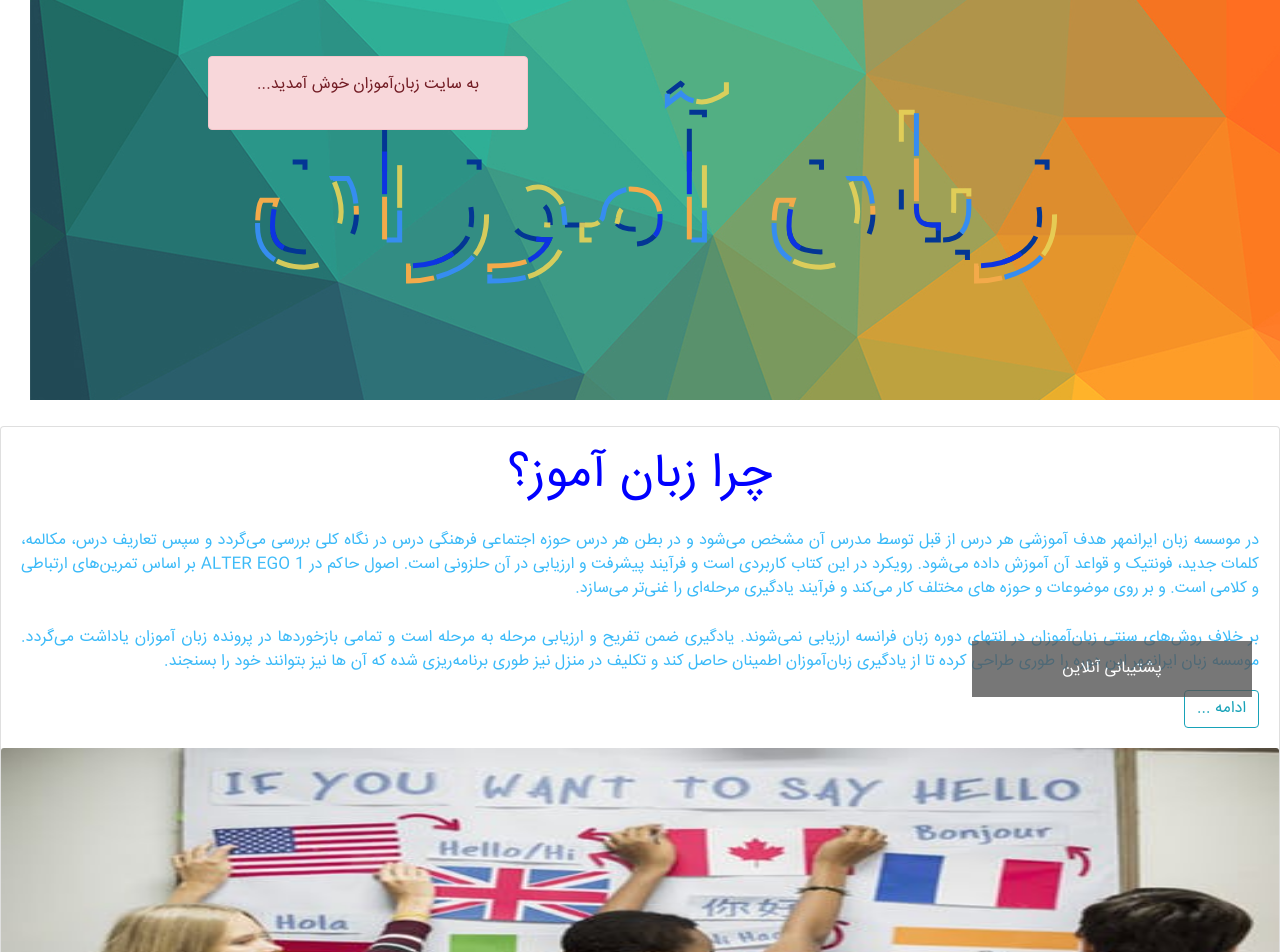
Repository: nikmahla/ZabanAmozan
Page: LanguageWebSite.html
An editor plug-in stored every save of this project. The page is shown before and after a run of saves, followed by the edit.
The browser window is 1280 px wide. The pictures show the part of the page from y = 0 to 952 px (the page is 3961 px tall).
A picture or video elsewhere on the page could not be fetched, so the positions and the page height are approximate.

Above is the page before, as saved 2019-10-11 22:00:17.

After the next 2 saves:
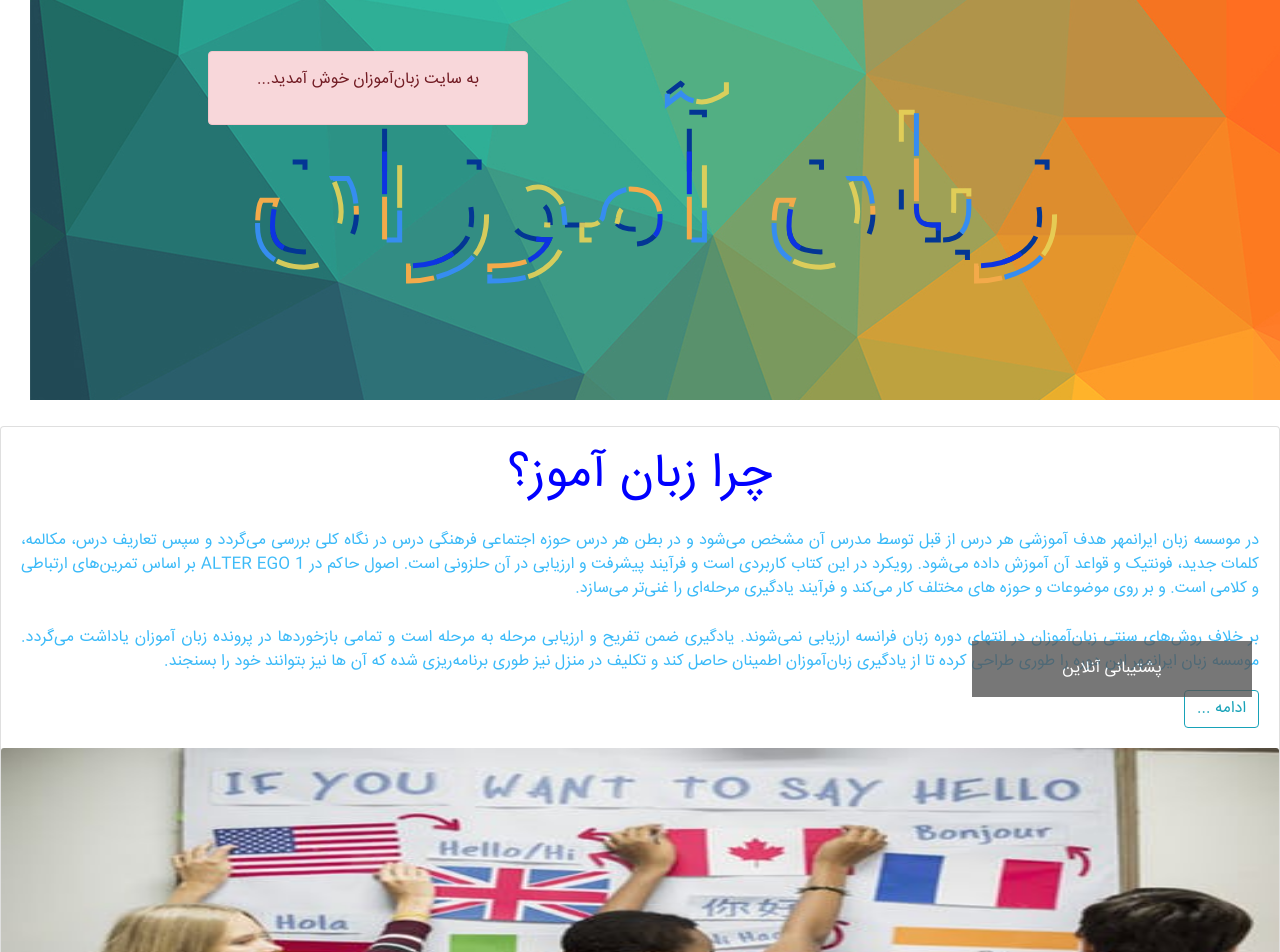
The 2 saves are shown as one change because they came seconds apart.
The last was saved 12 s later.
--- a/css/stylesheet.css
+++ b/css/stylesheet.css
@@ -264,7 +264,7 @@ footer a:hover {
 
 #alert {
     position: fixed;
-    top: .5rem;
+    top: .2rem;
     left: 10rem;
     width: 25%;
     display: none;
